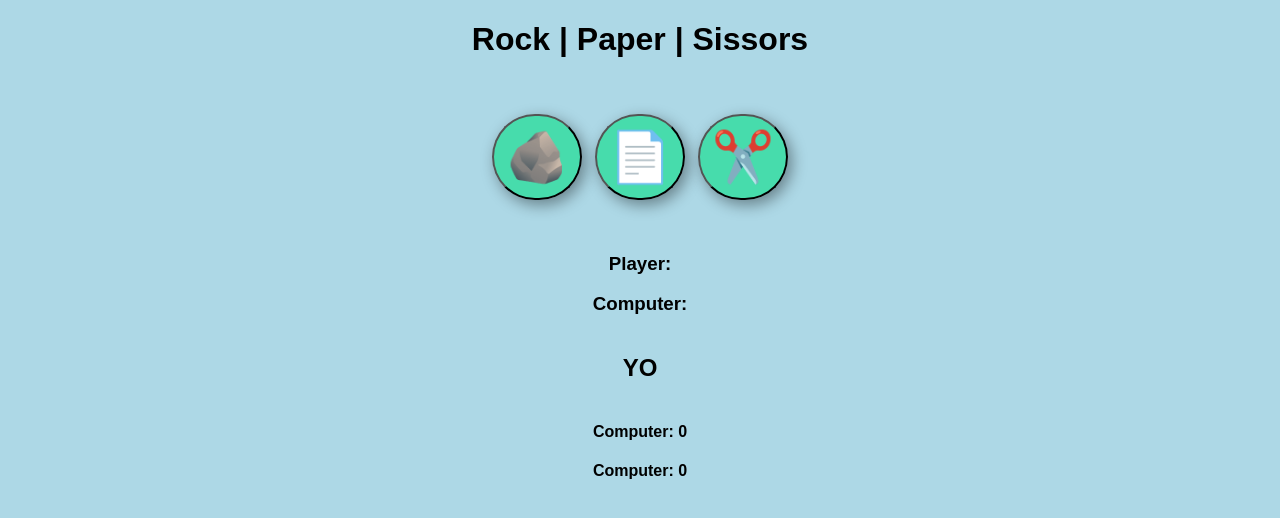
Repository: SakthivelDurai47/Rock-Paper-Sissors
Page: index.html
These files come from the project's save history. The page is drawn as it stood at one moment and after the next save; the edit follows.
The browser window is 1280 px wide. The pictures show the whole page.

Above is the page before, as saved 2025-04-14 22:17:29.

### index.html
<!DOCTYPE html>
<html lang="en">
  <head>
    <meta charset="UTF-8" />
    <meta name="viewport" content="width=device-width, initial-scale=1.0" />
    <title>Rock, Paper, Scissor</title>
    <meta name="aurthor" content="Sakthivel Durai S" />
    <link rel="stylesheet" href="styles.css" />
  </head>
  <body>
    <h1>Rock | Paper | Sissors</h1>
    <div id="choice">
      <button onclick="playGame('Rock')">🪨</button>
      <button onclick="playGame('Paper')">📄</button>
      <button onclick="playGame('Scissor')">✂️</button>
    </div>
    <div id="info">
      <h3>Player:</h3>
      <h3>Computer:</h3>
    </div>
    <h2 id="result">YO</h2>
    <div id="scores">
      <h4>Computer: <span id="scorePlr">0</span></h4>
      <h4>Computer: <span id="scoreCum">0</span></h4>
    </div>
    <script src="index.js"></script>
  </body>
</html>

### styles.css
body {
  margin: 0;
  font-family: Arial, sans-serif;
  display: flex;
  flex-direction: column;
  align-items: center;
  text-align: center;
  background-color: lightblue;
}
#choice {
  margin: 30px;
}
button {
  border-radius: 300px;
  font-size: 50px;
  padding: 12px;
  margin: 4px;
  background-color: hsla(160, 70%, 55%, 0.9);
  box-shadow: 4px 5px 15px rgba(0, 3, 3, 0.4);
  transition: background-color 0.5s ease;
  cursor: pointer;
}
button:hover {
  background-color: turquoise;
  scale: 110%;
}

Loaded but not shown: index.js (no copy from this time; the picture is the same without it)

After the next save:
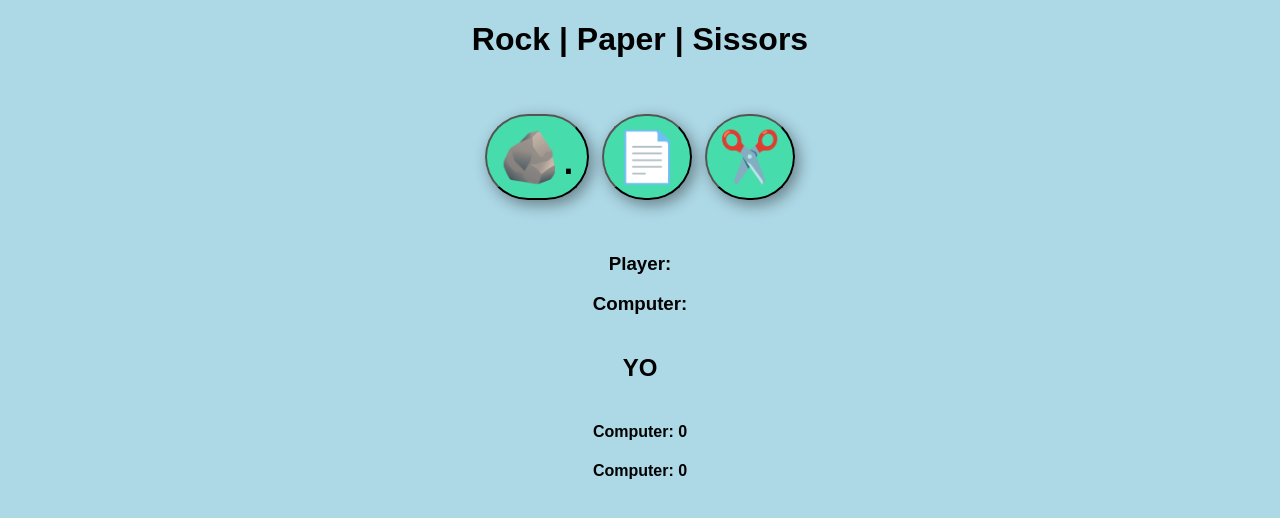
Saved 111 s later.
--- a/index.html
+++ b/index.html
@@ -10,7 +10,7 @@
   <body>
     <h1>Rock | Paper | Sissors</h1>
     <div id="choice">
-      <button onclick="playGame('Rock')">🪨</button>
+      <button onclick="playGame('Rock')">🪨.</button>
       <button onclick="playGame('Paper')">📄</button>
       <button onclick="playGame('Scissor')">✂️</button>
     </div>

After the save that followed:
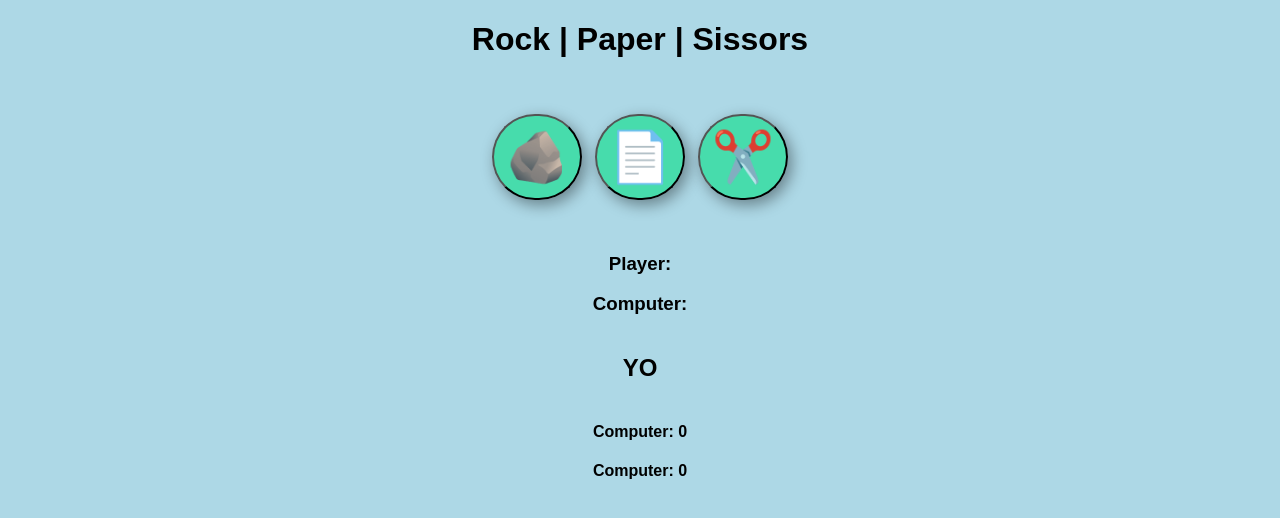
Saved 4 s later.
--- a/index.html
+++ b/index.html
@@ -10,7 +10,7 @@
   <body>
     <h1>Rock | Paper | Sissors</h1>
     <div id="choice">
-      <button onclick="playGame('Rock')">🪨.</button>
+      <button onclick="playGame('Rock')">🪨</button>
       <button onclick="playGame('Paper')">📄</button>
       <button onclick="playGame('Scissor')">✂️</button>
     </div>
